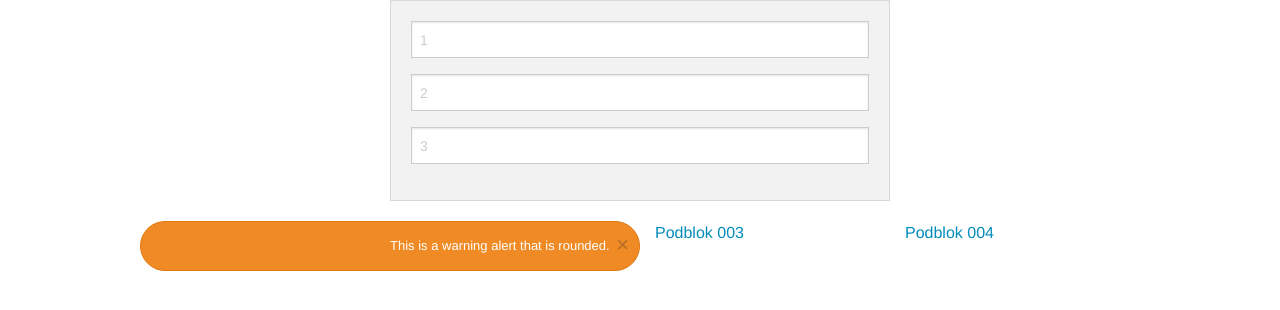
Repository: binczyk/RepoComarch
Page: strona/WebContent/foundation-5.5.2/exercise2.html
The author's editor kept a copy of each file at every save. The page is drawn from the files as they stood at one save, then again after the next save.
The browser window is 1280 px wide. The pictures show the whole page.

Above is the page before, as saved 2015-07-14 07:53:21.

After the next save:
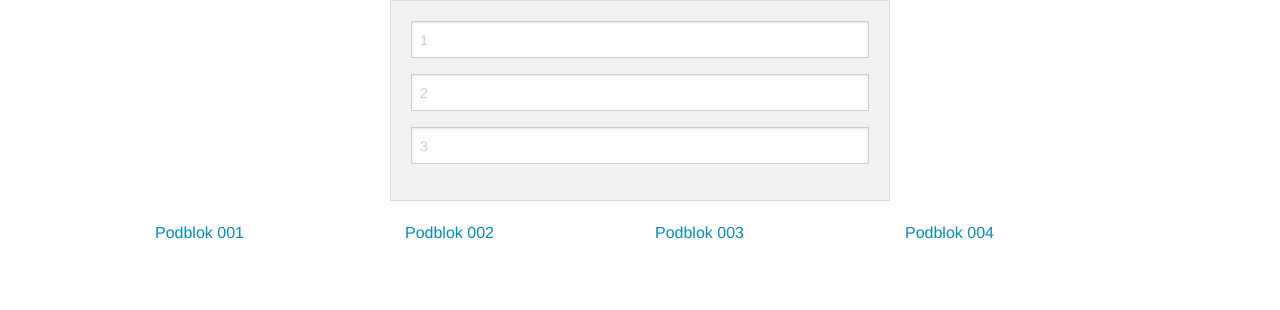
Saved 11 s later.
--- a/strona/WebContent/foundation-5.5.2/exercise2.html
+++ b/strona/WebContent/foundation-5.5.2/exercise2.html
@@ -1,62 +1,52 @@
 <!DOCTYPE html>
 <html>
 <head>
-<meta charset="utf-8">
-<meta http-equiv="X-UA-Compatible" content="IE=edge">
-<link rel="stylesheet" href="css/foundation.css" />
-<script src="js/vendor/modernizr.js"></script>
-<title>Exercise 2 - Comarch</title>
+	<meta charset="utf-8">
+	<meta http-equiv="X-UA-Compatible" content="IE=edge">
+	<link rel="stylesheet" href="css/foundation.css" />
+	<script src="js/vendor/modernizr.js"></script>
+	<title>Exercise 2 - Comarch</title>
 </head>
 <body>
 	<div class="row">
-		<div class="small-12 columns">
+		<div class="small-12 columns" >
 			<div class="row">
 				<div class="small-6 columns small-centered panel">
 					<form action="" method="post">
-						<input data-reveal-id="myModal" type="text" placeholder="1">
-						<input type="text" placeholder="2"> <input type="text"
-							placeholder="3">
+						<input data-reveal-id="myModal" type="text" placeholder="1" >
+						<input type="text" placeholder="2">
+						<input type="text" placeholder="3">
 					</form>
 				</div>
 			</div>
 		</div>
 		<div class="small-6 columns">
 			<div class="row">
-				<div class="small-6 columns">
-					<a href="#">Podblok 001</a>
-				</div>
-				<div data-alert class="alert-box warning round">
-					This is a warning alert that is rounded. <a href="#" class="close">&times;</a>
-				</div>
+				<div class="small-6 columns"><a href="#">Podblok 001</a></div>
+				<div class="small-6 columns"><a href="#">Podblok 002</a></div>
 			</div>
 		</div>
 		<div class="small-6 columns">
 			<div class="row">
-				<div class="small-6 columns">
-					<a href="#">Podblok 003</a>
-				</div>
-				<div class="small-6 columns">
-					<a href="#">Podblok 004</a>
-				</div>
+				<div class="small-6 columns"><a href="#">Podblok 003</a></div>
+				<div class="small-6 columns"><a href="#">Podblok 004</a></div>
 			</div>
 		</div>
 	</div>
 
-	<div id="myModal" class="reveal-modal" data-reveal
-		aria-labelledby="modalTitle" aria-hidden="true" role="dialog">
-		<h2 id="modalTitle">Awesome. I have it.</h2>
-		<p class="lead">Your couch. It is mine.</p>
-		<p>I'm a cool paragraph that lives inside of an even cooler modal.
-			Wins!</p>
-		<a class="close-reveal-modal" aria-label="Close">&#215;</a>
-	</div>
+	<div id="myModal" class="reveal-modal" data-reveal aria-labelledby="modalTitle" aria-hidden="true" role="dialog">
+  <h2 id="modalTitle">Awesome. I have it.</h2>
+  <p class="lead">Your couch.  It is mine.</p>
+  <p>I'm a cool paragraph that lives inside of an even cooler modal. Wins!</p>
+  <a class="close-reveal-modal" aria-label="Close">&#215;</a>
+</div>
 
 
 
 	<script src="js/vendor/jquery.js"></script>
-	<script src="js/foundation.min.js"></script>
-	<script>
-		$(document).foundation();
-	</script>
+    <script src="js/foundation.min.js"></script>
+    <script>
+      $(document).foundation();
+    </script>
 </body>
 </html>
